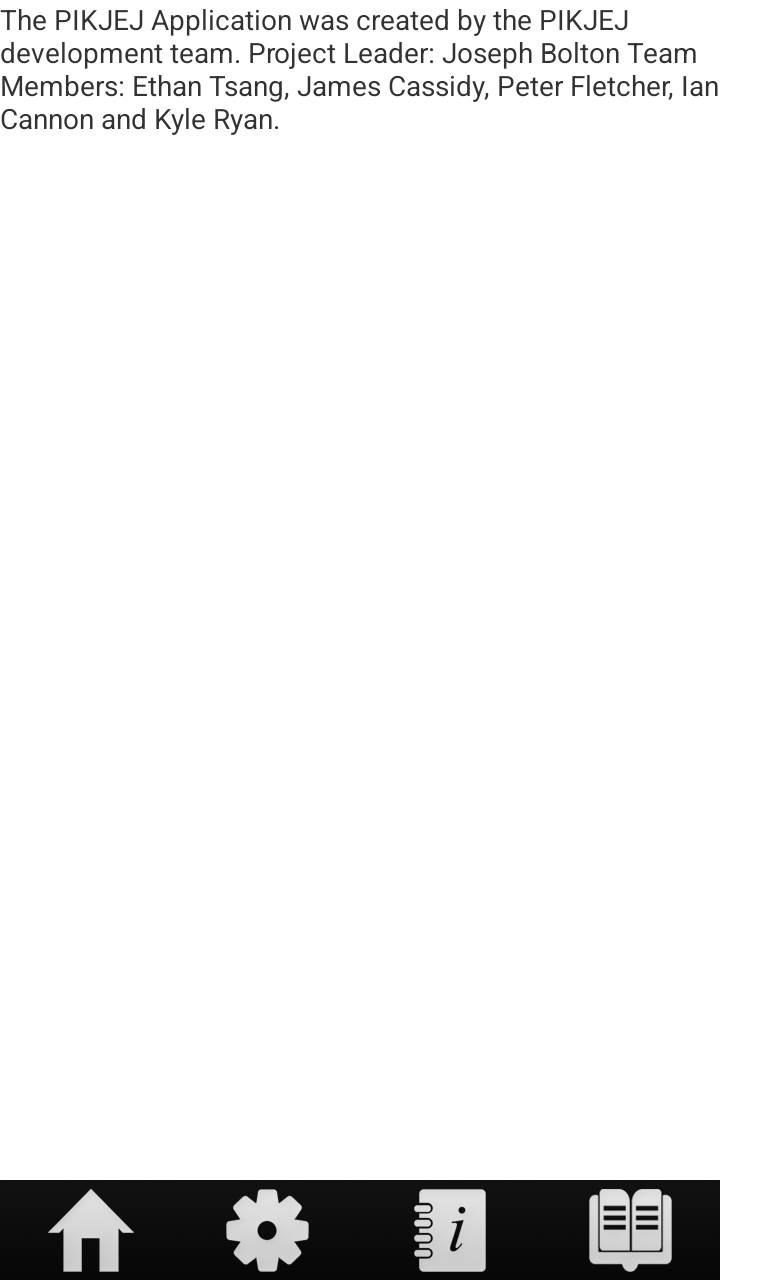
Repository: jo3bolton/PIKJEJ
Layout: PIKJEJ v7/PIKJEJ/res/layout/activity_about.xml
The author's editor kept a copy of each file at every save. The layout is drawn from the files as they stood at one save, then again after the next save.
It is drawn on a 768 x 1280 px phone screen (xhdpi) without system bars, with theme AppTheme; the app's code is not run.

Above is the layout before, as saved 2013-03-23 13:29:05.

### PIKJEJ v7/PIKJEJ/res/layout/activity_about.xml
<RelativeLayout xmlns:android="http://schemas.android.com/apk/res/android"
    xmlns:tools="http://schemas.android.com/tools"
    android:layout_width="match_parent"
    android:layout_height="match_parent"
    android:screenOrientation="portrait"
    tools:context=".About" >

    <ImageButton
        android:id="@+id/home"
        android:layout_width="wrap_content"
        android:layout_height="wrap_content"
        android:layout_alignParentBottom="true"
        android:layout_alignParentLeft="true"
        android:background="@drawable/ic_tab_home_unselected"
        android:onClick="Home" />

    <ImageButton
        android:id="@+id/settings"
        android:layout_width="wrap_content"
        android:layout_height="wrap_content"
        android:layout_alignParentBottom="true"
        android:layout_toRightOf="@+id/home"
        android:background="@drawable/ic_tab_settings_unselected"
        android:onClick="Settings" />

    <ImageButton
        android:id="@+id/about"
        android:layout_width="wrap_content"
        android:layout_height="wrap_content"
        android:layout_alignParentBottom="true"
        android:layout_toRightOf="@+id/settings"
        android:background="@drawable/ic_tab_about_unselected"
        android:onClick="About" />

    <ImageButton
        android:id="@+id/userguide"
        android:layout_width="wrap_content"
        android:layout_height="wrap_content"
        android:layout_alignParentBottom="true"
        android:layout_toRightOf="@+id/about"
        android:background="@drawable/ic_tab_userguide_unselected"
        android:onClick="Userguide" />
<ScrollView
    android:id="@+id/ScrollView1"
        android:layout_width="wrap_content"
        android:layout_height="wrap_content"
        android:layout_above="@+id/settings"
        android:layout_alignParentLeft="true"
        android:layout_alignParentRight="true"
        android:layout_alignParentTop="true">
    <TextView
        android:id="@+id/textView1"
        android:layout_width="wrap_content"
        android:layout_height="wrap_content"
        android:scrollbars="vertical"
        android:text="@string/page_about" />
</ScrollView>
</RelativeLayout>

### PIKJEJ v7/PIKJEJ/res/values/strings.xml
<?xml version="1.0" encoding="utf-8"?>
<resources>

    <string name="app_name">PIKJEJ</string>
    <string name="action_settings">Settings</string>
    <string name="hello_world">Hello world!</string>
    <string name="title_activity_about">About</string>
    <string name="title_activity_alt_travel">AltTravel</string>
    <string name="title_activity_userguide">Userguide</string>
    <string name="title_activity_schedule">Schedule</string>
    <string name="title_activity_settings">Settings</string>
    <string name="title_activity_predictor">Predictor</string>
    <string name="title_activity_terms">Terms</string>
    <string name="title_activity_splash">Splash</string>
    <string name="title_activity_home">Home</string>
    <string name="page_about">The PIKJEJ Application was created by the PIKJEJ development team. Project Leader: Joseph Bolton Team Members: Ethan Tsang, James Cassidy, Peter Fletcher, Ian Cannon and Kyle Ryan.</string>

</resources>

Loaded but not shown: PIKJEJ v7/PIKJEJ/res/values/styles.xml (common file); PIKJEJ v7/PIKJEJ/res/values-v11/styles.xml (common file); PIKJEJ v7/PIKJEJ/res/values-v14/styles.xml (common file)

After the next save:
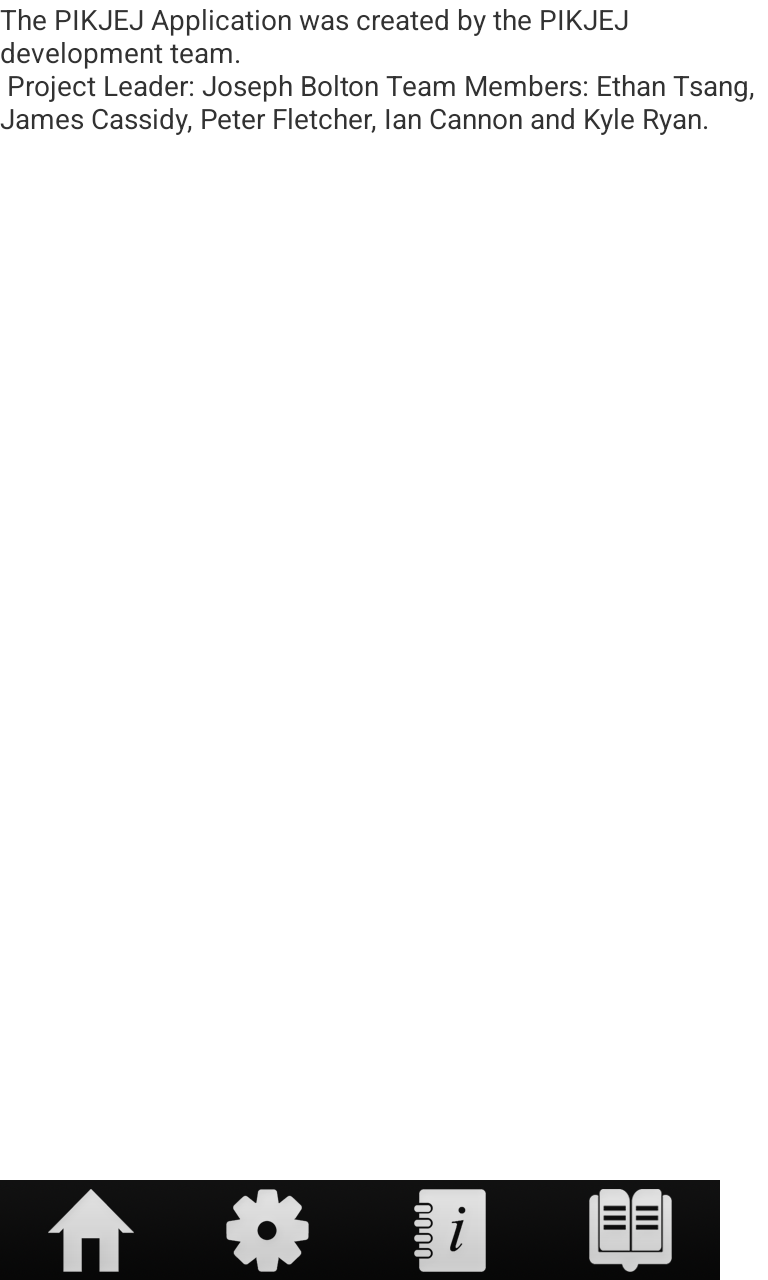
Saved 63 s later.
--- a/PIKJEJ v7/PIKJEJ/res/values/strings.xml
+++ b/PIKJEJ v7/PIKJEJ/res/values/strings.xml
@@ -13,6 +13,6 @@
     <string name="title_activity_terms">Terms</string>
     <string name="title_activity_splash">Splash</string>
     <string name="title_activity_home">Home</string>
-    <string name="page_about">The PIKJEJ Application was created by the PIKJEJ development team. Project Leader: Joseph Bolton Team Members: Ethan Tsang, James Cassidy, Peter Fletcher, Ian Cannon and Kyle Ryan.</string>
+    <string name="page_about">The PIKJEJ Application was created by the PIKJEJ development team. \n Project Leader: Joseph Bolton Team Members: Ethan Tsang, James Cassidy, Peter Fletcher, Ian Cannon and Kyle Ryan.</string>
 
 </resources>
